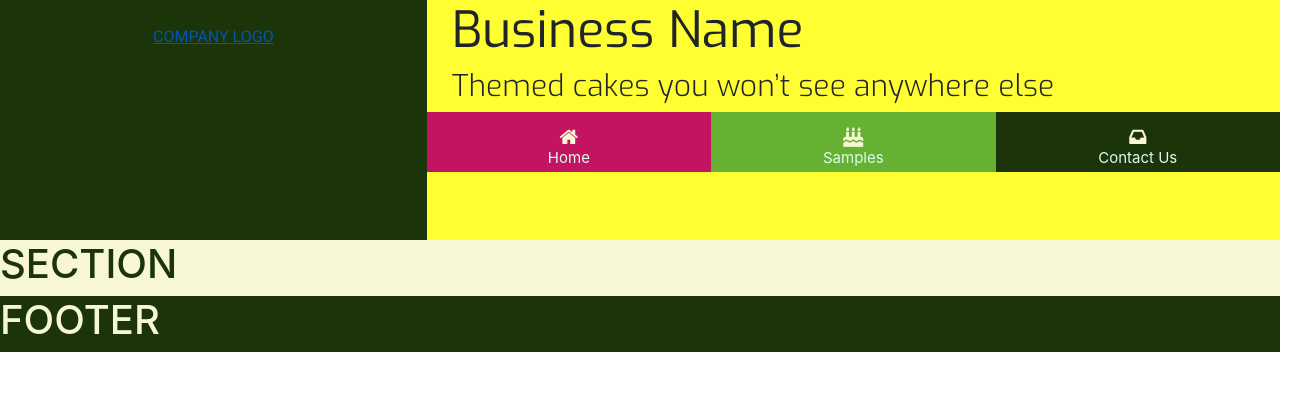
Repository: seanjcarley/Milestone1
Page: index.html
The author's editor kept a record of every edit. The page is drawn from the files as they stood at one moment, then again after the next edit.
The browser window is 1280 px wide. The page is 1295 px wide, so the pictures cover 1295 px, including what lies to the right of the window. The pictures show the whole page.

Above is the page before.

### index.html
<!DOCTYPE html>
<html lang="en">

<head>
    <meta charset="UTF-8">
    <meta name="viewport" content="width=device-width, initial-scale=1.0">
    <meta http-equiv="X-UA-Compatible" content="ie=edge">
    <link rel="stylesheet" href="https://stackpath.bootstrapcdn.com/bootstrap/4.3.1/css/bootstrap.min.css" type="text/css" />
    <link rel="stylesheet" href="https://stackpath.bootstrapcdn.com/font-awesome/4.7.0/css/font-awesome.min.css" type="text/css">
    <link rel="stylesheet" href="https://cdnjs.cloudflare.com/ajax/libs/hover.css/2.3.1/css/hover-min.css" type="text/css">
    <link rel="stylesheet" href="css/style.css">
    <title>XXXXX Bakery and Novelty Cakes</title>
</head>

<body>
    <header>
        <div class="row no-gutters">
            <a href="#" class="col-md-4 logo">COMPANY LOGO</a>
            <div class="col-md-8">
                <div class="row no-gutters">
                    <div class="col page-header">
                        <h1 class="name caps">Business Name</h1>
                        <h2 class="tag-line caps">Themed cakes you won’t see anywhere else</h2>
                    </div>
                </div>
                <div class="row no-gutters">
                    <div class="col">
                        <ul id="nav" class="list-inline menucontainer">
                            <li class="col col-sm-4 menu-item-color-home list-inline-item menuitem">
                                <a href="index.html"><i class="fa fa-home" aria-hidden="true"></i><span>Home</span></a>
                            </li>
                            <li class="col col-sm-4 menu-item-color-samples list-inline-item menuitem">
                                <a href="#"><i class="fa fa-birthday-cake" aria-hidden="true"></i><span>Samples</span></a>
                            </li>
                            <li class="col col-sm-4 menu-item-color-contact list-inline-item menuitem">
                                <a href="#"><i class="fa fa-inbox" aria-hidden="true"></i><span>Contact Us</span></a>
                            </li>
                        </ul>
                    </div>
                </div>
            </div>
        </div>
    </header>
    <section class="section-color">
        <div class="row">
            <div class="col">
                <h1>SECTION</h1>
            </div>
        </div>
    </section>
    <footer class="footer-color">
        <div class="row">
            <div class="col">
                <h1>FOOTER</h1>
            </div>

        </div>
    </footer>
</body>

</html>

### css/style.css
@import url('https://fonts.googleapis.com/css?family=Roboto:100,200,300,400,500,600,700|Exo:100,200,300,400,500,600,700');

/*----------------------------------------------------------------------------*/
/* Colours */
/*----------------------------------------------------------------------------*/

.menu-item-color-home {
    background-color: #C21460;
    color: #F7F7D4;
}

.menu-item-color-samples {
    background-color: #66B032;
    color: #F7F7D4;
}

.menu-item-color-contact {
    background-color: #1B3409;
    color: #F7F7D4;
}

.section-color {
    background-color: #F7F7D4;
    color: #1B3409;
}

.footer-color {
    background-color: #1B3409;
    color: #F7F7D4;
}

/*----------------------------------------------------------------------------*/
/* Header */
/*----------------------------------------------------------------------------*/

header {
    margin: 20;
    background-color: #fefe33;
}

.page-header {

}

.name {
    font-family: "Exo", sans-serif;
    font-weight: 400;
    font-size: 50px;
    margin-left: 25px;
}

.tag-line {
    font-family: "Exo", sans-serif;
    font-weight: 300;
    font-size: 30px;
    margin-left: 25px;
}

.logo {
    background: url("#");
    background-position: center;
    background-repeat: no-repeat;
    background-size: cover;
    background-color: #1B3409;
    font-family: "Roboto", sans-serif;
    text-align: center;
    padding-top: 25px;
    min-height: 240px;
}

.list-inline-item:not(:last-child) {
    margin-right: 0;
}

.menucontainer {
    font-size: 0;
}

#nav li {
    font-size: 14px;
    padding: 0;
}

#nav {
    margin: 0;
}

.menuitem {
    height: 60px;
    text-align: center;
    padding: 0;
}

.menuitem a {
    width: 100%;
    text-decoration: none;
    color: #defdef;
    height: 100%;
}

.menuitem a i {
    padding-top: 15px;
    display: block;
    color: #F7F7D4;;
    font-size: 20px;
}

.menuitem span {
    display: block;
    font-size: 15px;
}

/*----------------------------------------------------------------------------*/
/* Section */
/*----------------------------------------------------------------------------*/

section {
    margin: 0;
}

/*----------------------------------------------------------------------------*/
/* Footer */
/*----------------------------------------------------------------------------*/

footer {
    margin: 0;
}

/*----------------------------------------------------------------------------*/
/* Media Queries */
/*----------------------------------------------------------------------------*/

After the next edit:
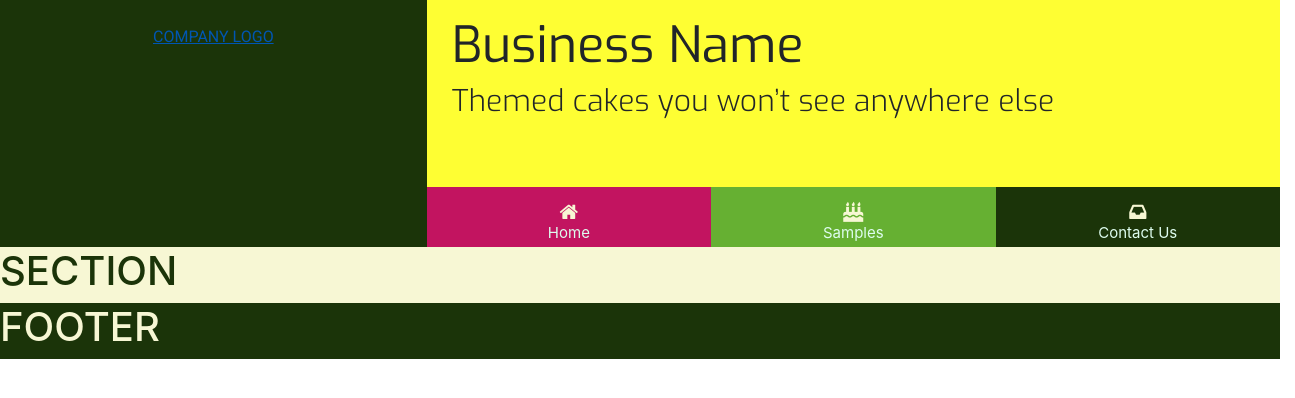
The edit:
--- a/css/style.css
+++ b/css/style.css
@@ -39,7 +39,8 @@
 }
 
 .page-header {
-
+    margin-top: 15px;
+    margin-bottom: 60px;
 }
 
 .name {
